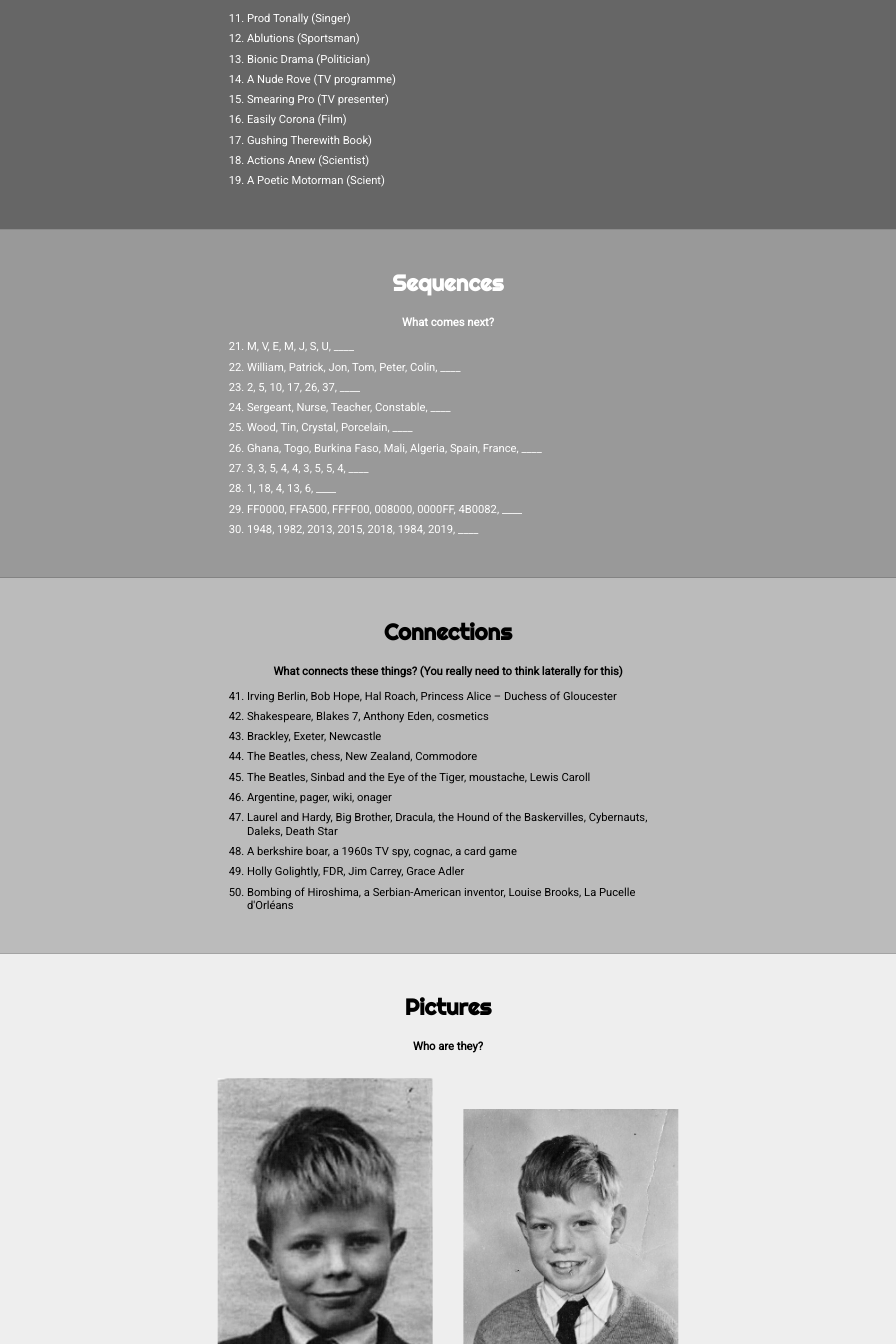
Repository: Domehead123/quiz
Page: index.html
The author's editor kept a record of every edit. The page is drawn from the files as they stood at one moment, then again after the next edit.
The browser window is 1280 px wide. The pictures show the part of the page from y = 936 to 2856 px (the page is 4633 px tall before and 4662 px after), at 70% of full size.

Above is the page before.

### index.html
<!DOCTYPE html>
<html lang="en">
<head>
    <meta charset="UTF-8">
    <meta name="viewport" content="width=device-width, initial-scale=1.0">
    <meta http-equiv="X-UA-Compatible" content="ie=edge">
    <link href="https://fonts.googleapis.com/css2?family=Righteous&family=Roboto&display=swap" rel="stylesheet">
    <link rel="stylesheet" href="style.css" type="text/css" />
    <title>Quiz</title>
</head>
<body>

<div class="container">
    <h1>Quiz</h1>
    <p>Fifty questions. You can google the answers if you want, but you may have to do a bit more detective work.</p>
    <p>The answers will appear here at 7pm on Sunday 10 May.</p>
    </div>

    <div class="section one">
        <div class="container">
        <h2>Number Abbreviations</h2>


        <p>e.g 7 D in a W = 7 Days in a Week</p>
        <ol>
        <li>12 S of the Z</li>
<li>1000 Y in a M</li>
<li>13 in a B D</li>
<li>S W of H the E</li>
<li>86,400 S in a D</li>
<li>21 D on a 6-S D</li>
<li>An O has 3 H and up to 9 B</li>
<li>H normally have 23 P of C</li>
<li>12 A have W on the M</li>
<li>42 was the A to L, the U and E</li>
</ol>
        </div>
    </div>

        <div class="section two">
        <div class="container">
        <h2>Anagrams</h2>



        <ol start="11">
        <li>Prod Tonally (Singer)</li>
<li>Ablutions (Sportsman)</li>
<li>Bionic Drama (Politician)</li>
<li>A Nude Rove (TV programme)</li>
<li>Smearing Pro (TV presenter)</li>
<li>Easily Corona (Film)</li>
<li>Gushing Therewith Book)</li>
<li>Actions Anew (Scientist)</li>
<li>A Poetic Motorman (Scient)</li>

</ol>
        </div>
    </div>


        <div class="section three">
        <div class="container">
              <h2>Sequences</h2>
   <p>What comes next?</p>
        <ol start="21">
        <li>M, V, E, M, J, S, U, ____</li>
 <li>William, Patrick, Jon, Tom, Peter, Colin, ____</li>
 <li>2, 5, 10, 17, 26, 37, ____</li>
 <li>Sergeant, Nurse, Teacher, Constable, ____</li>
 <li>Wood, Tin, Crystal, Porcelain, ____</li>
 <li>Ghana, Togo, Burkina Faso, Mali, Algeria, Spain, France, ____</li>
 <li>3, 3, 5, 4, 4, 3, 5, 5, 4, ____</li>
 <li>1, 18, 4, 13, 6, ____</li>
 <li>FF0000, FFA500, FFFF00, 008000, 0000FF, 4B0082, ____</li>
 <li>1948, 1982, 2013, 2015, 2018, 1984, 2019, ____</li>

</ol>
        </div>
    </div>


        <div class="section four">
        <div class="container">
        <h2>Connections</h2>


        <p>What connects these things? (You really need to think laterally for this)</p>
        <ol start="41">
        <li>Irving Berlin, Bob Hope, Hal Roach, Princess Alice – Duchess of Gloucester</li>
<li>Shakespeare, Blakes 7, Anthony Eden, cosmetics</li>
<li>Brackley, Exeter, Newcastle</li>
<li>The Beatles, chess, New Zealand, Commodore</li>
<li>The Beatles, Sinbad and the Eye of the Tiger, moustache, Lewis Caroll</li>
<li>Argentine, pager, wiki, onager</li>
<li>Laurel and Hardy, Big Brother, Dracula, the Hound of the Baskervilles, Cybernauts, Daleks, Death Star</li>
<li>A berkshire boar, a 1960s TV spy, cognac, a card game</li>
<li>Holly Golightly, FDR, Jim Carrey, Grace Adler</li>
<li>Bombing of Hiroshima, a Serbian-American inventor, Louise Brooks, La Pucelle d'Orléans</li>
</ol>
        </div>
    </div>

        <div class="section five">
        <div class="container">
        <h2>Pictures</h2>


        <p>Who are they?</p>

<div class="image">
    <img src="images/1.jpg">
    <p>41</p>
</div>
<div class="image">
    <img src="images/2.jpg">
    <p>42</p>
</div>
<div class="image">
    <img src="images/3.jpg">
    <p>43</p>
</div>
<div class="image">
    <img src="images/8.jpg">
    <p>44</p>
</div>
<div class="image">
    <img src="images/5.jpg">
    <p>45</p>
</div>
<div class="image">
    <img src="images/6.jpg">
    <p>46</p>
</div>
<div class="image">
    <img src="images/7.jpg">
    <p>47</p>
</div>
<div class="image">
    <img src="images/4.jpg">
    <p>48</p>
</div>
<div class="image">
    <img src="images/9.jpg">
    <p>49</p>
</div>
<div class="image">
    <img src="images/10.jpg">
    <p>50</p>
</div>
        </div>
    </div>


</body>
</html>

### style.css
body {
font-family: 'Roboto', sans-serif;
background: #000;
color: #fff;
margin: 0;
text-align: center;
}

.container {
    width: 80%;
    margin: 0 auto;
}

p {
    font-weight: bold;
}

h1 {
font-family: 'Righteous', cursive;
font-size: 5em;
}

h2 {
font-family: 'Righteous', cursive;
font-size: 2em;
}


.section {
    padding: 30px 0 50px 0;
}

.one {
    background: #333;
    margin-top: 70px;
}

.two {
    background: #666;
}

.three {
    background: #999;
}

.four {
    background: #BBB;
    color: #000;
}

.five {
    background: #eee;
    color: #000;
}


ol {
    width: 60%;
    text-align: left;
    margin: 0 auto;
}

li  {
margin: 10px 0 ;
}

.image {
    width: 30%;
    display: inline-block;
    margin: 20px;
}

.image img {
    max-width: 100%;
}

@media only screen and (max-width: 764px) {

 .container {
     width: 90%;
 }

 .image {
     width: 100%;
     margin: 10px 0;
 }
}

After the next edit:
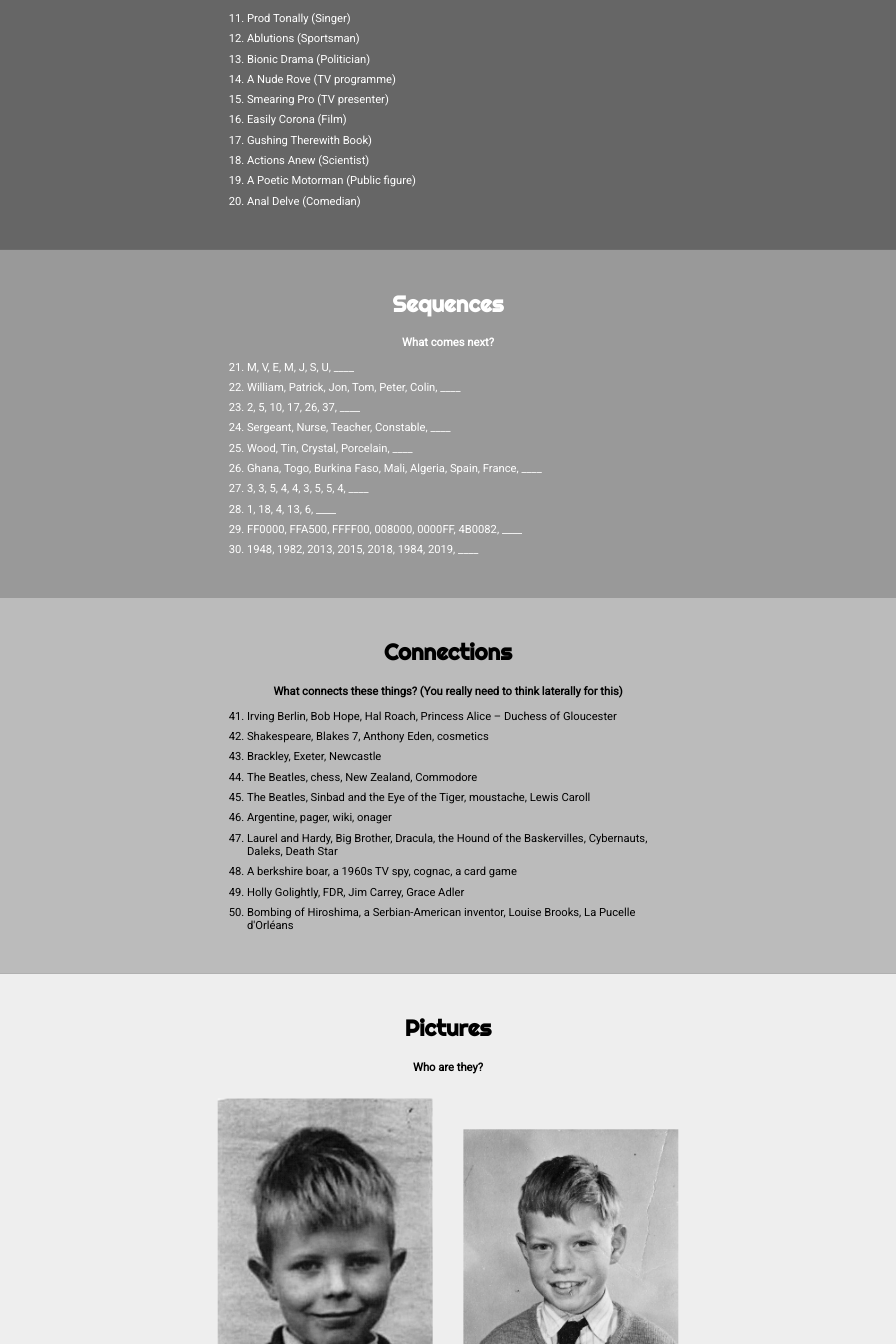
The edit:
--- a/index.html
+++ b/index.html
@@ -52,7 +52,8 @@
 <li>Easily Corona (Film)</li>
 <li>Gushing Therewith Book)</li>
 <li>Actions Anew (Scientist)</li>
-<li>A Poetic Motorman (Scient)</li>
+<li>A Poetic Motorman (Public figure)</li>
+<li>Anal Delve (Comedian)</li>
 
 </ol>
         </div>
